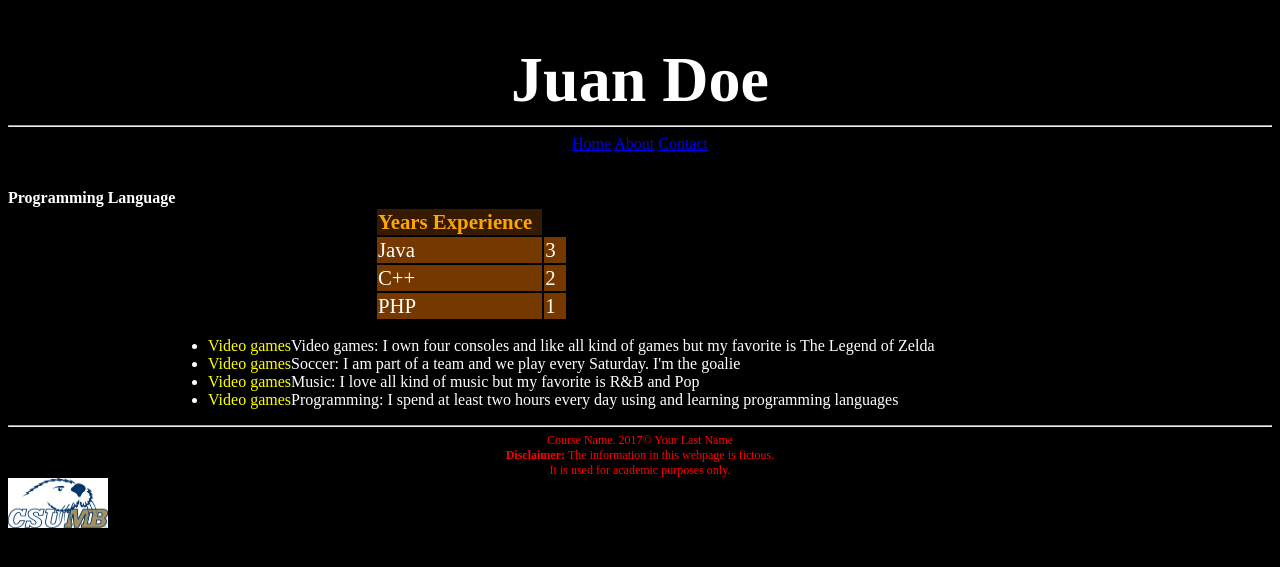
Repository: TheRealCisco/f2017CST336
Page: Labs/portfolio/about.html
The author's editor kept a record of every edit. The page is drawn from the files as they stood at one moment, then again after the next edit.
The browser window is 1280 px wide. The pictures show the whole page.

Above is the page before.

After the next edit:
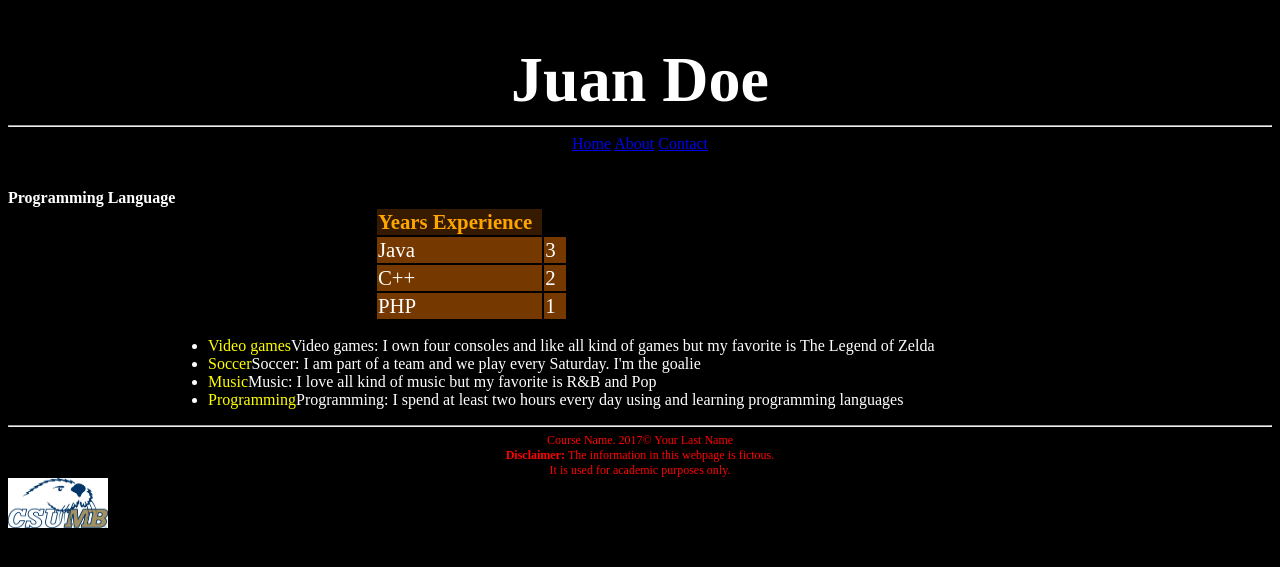
The edit:
--- a/Labs/portfolio/about.html
+++ b/Labs/portfolio/about.html
@@ -59,9 +59,9 @@
            </table>
            <ul>
                <li><span class="hobby">Video games</span></span>Video games: I own four consoles and like all kind of games but my favorite is The Legend of Zelda</li>
-               <li><span class="hobby">Video games</span>Soccer: I am part of a team and we play every Saturday. I'm the goalie</li>
-               <li><span class="hobby">Video games</span>Music: I love all kind of music but my favorite is R&B and Pop</li>
-               <li><span class="hobby">Video games</span>Programming: I spend at least two hours every day using and learning programming languages</li>
+               <li><span class="hobby">Soccer</span>Soccer: I am part of a team and we play every Saturday. I'm the goalie</li>
+               <li><span class="hobby">Music</span>Music: I love all kind of music but my favorite is R&B and Pop</li>
+               <li><span class="hobby">Programming</span>Programming: I spend at least two hours every day using and learning programming languages</li>
 
            </ul>
        </div>
